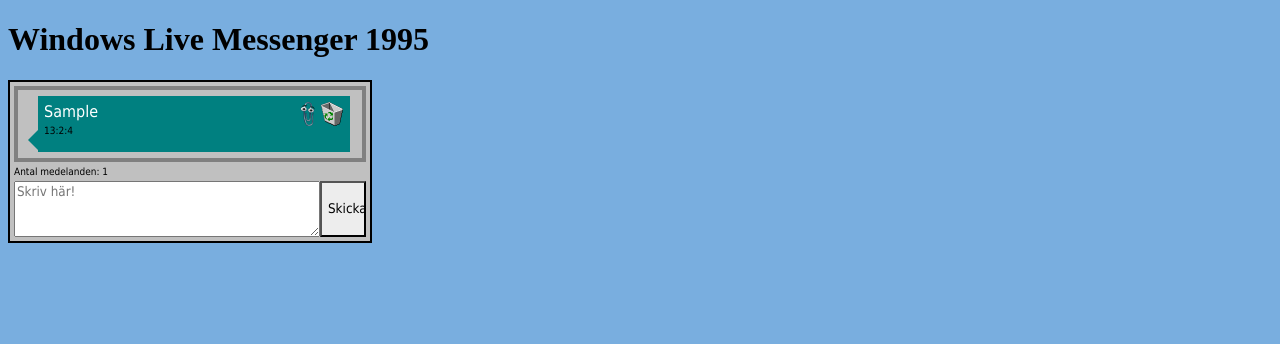
Repository: rs222kn/1dv403-laborationer
Page: 2-labbymezzage/index.html
The author's editor kept a record of every edit. The page is drawn from the files as they stood at one moment, then again after the next edit.
The browser window is 1280 px wide. The pictures show the whole page.
Empty fields were first filled with sample values (such as "Sample", 5 or name@example.com).
After loading, the first visible `#send` was clicked once.

Above is the page before.

After the next edit:
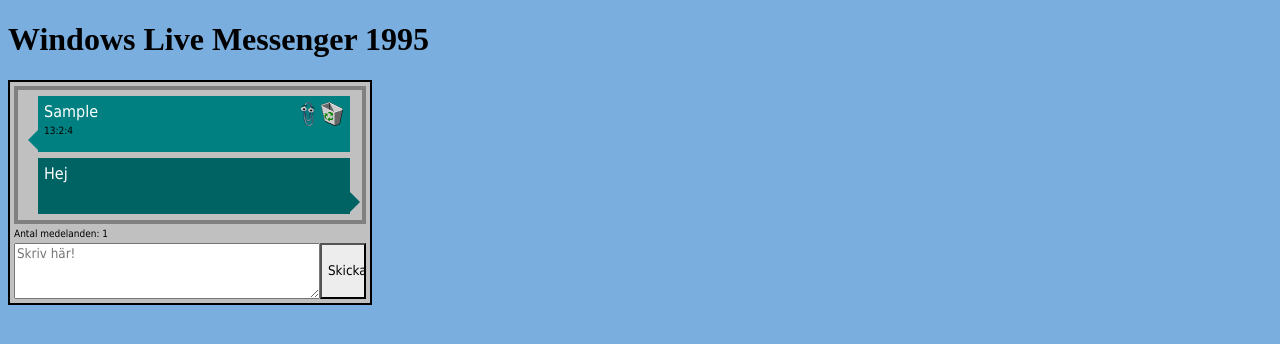
Console error: TypeError: Failed to execute 'appendChild' on 'Node': parameter 1 is not of type 'Node'.
The edit:
--- a/2-labbymezzage/js/MessageBoard.js
+++ b/2-labbymezzage/js/MessageBoard.js
@@ -114,8 +114,8 @@
         });
 
 
-        //MessageBoard.renderAiMessage(MessageBoard.doc.count);
-        //MessageBoard.doc.count++;
+        MessageBoard.renderAiMessage(MessageBoard.doc.count);
+        MessageBoard.doc.count++;
     },
     removeMessage: function(messageID){
         MessageBoard.messages.splice(messageID, 1);
